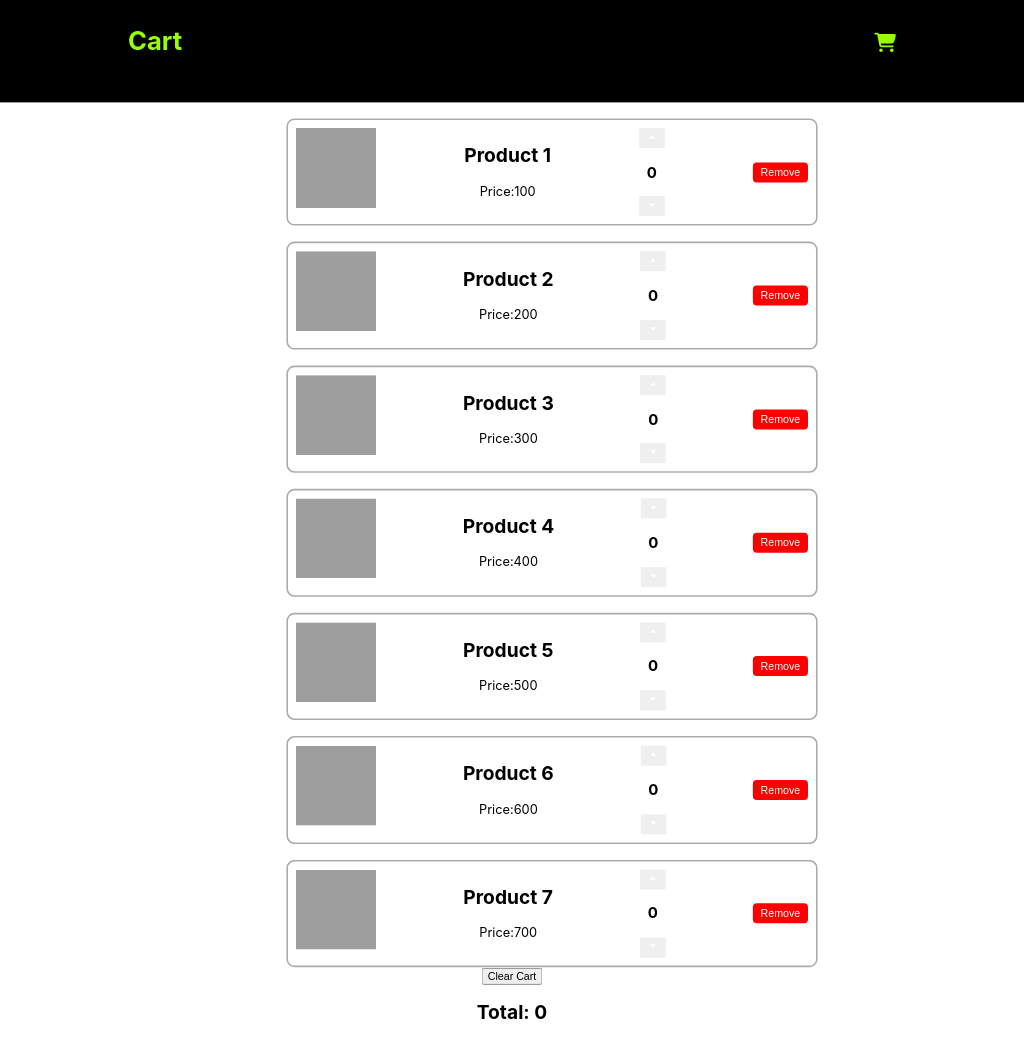
Repository: sriram1224/Cart-react-app
Page: /
These files come from the project's save history. The page is drawn as it stood at one moment and after the next save; the edit follows.
The browser window is 1280 px wide. The pictures show the whole page, at 80% of full size.
Pictures or frames that could not be fetched are drawn as grey boxes. The project was rebuilt for these pictures with package versions that can differ from the ones it lists, and the page was loaded fresh each time.

Above is the page before, as saved 2024-03-12 22:25:39.

After the next save:
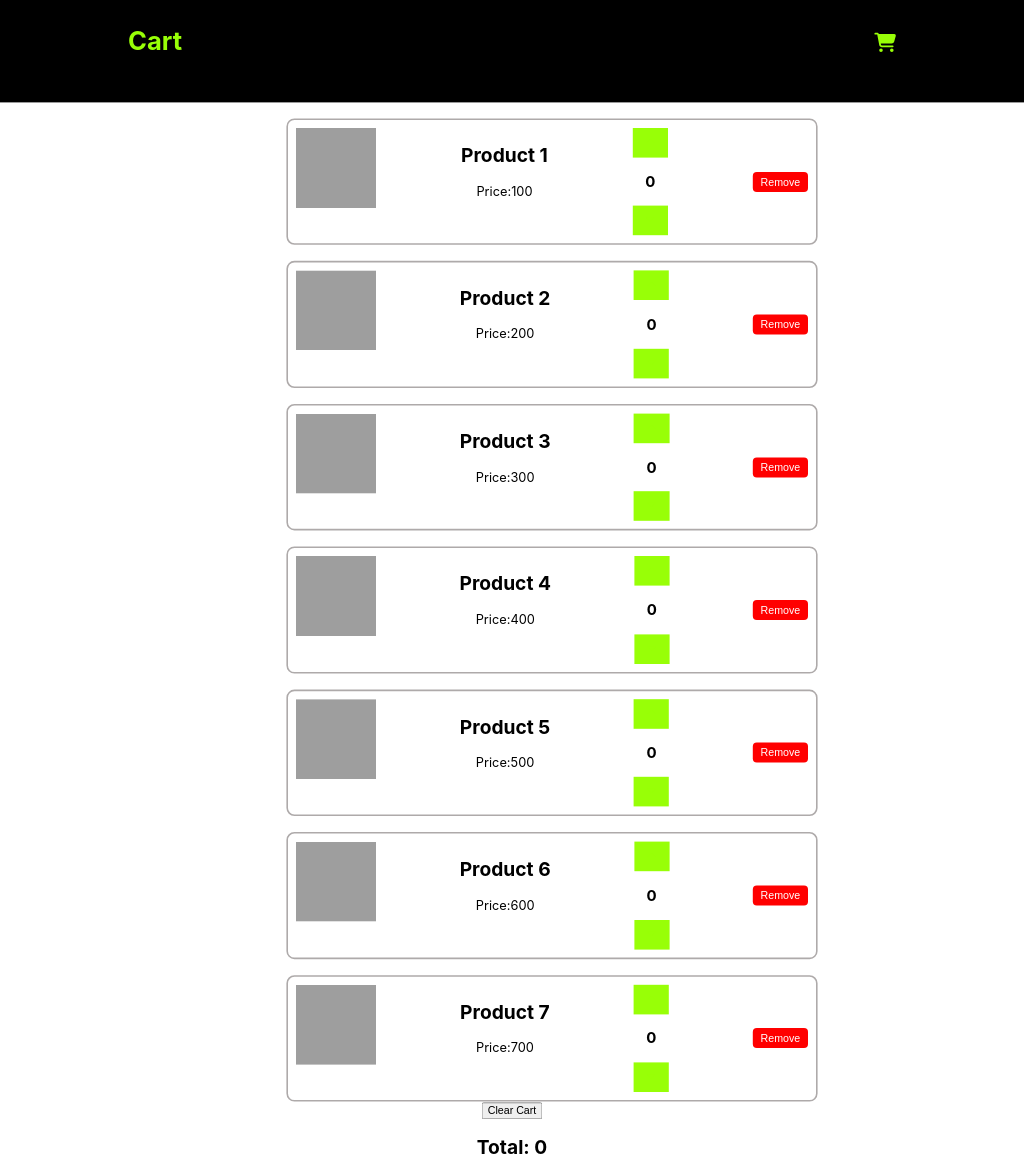
Saved 23 s later.
--- a/src/Components/cart.css
+++ b/src/Components/cart.css
@@ -30,14 +30,16 @@
     cursor: pointer;
 }
 .button-quantity span{
-    color:rgb(255, 255, 255);
-    font-size: 20px;
+    color:rgb(152, 255, 7);
+
 }
 
 .button-quantity button{
-    background-color: ;
+   background-color: rgb(152, 255, 7);
     border: none;
+    padding: 5px 10px;
 
+    cursor: pointer;
 }
 
 .text{
